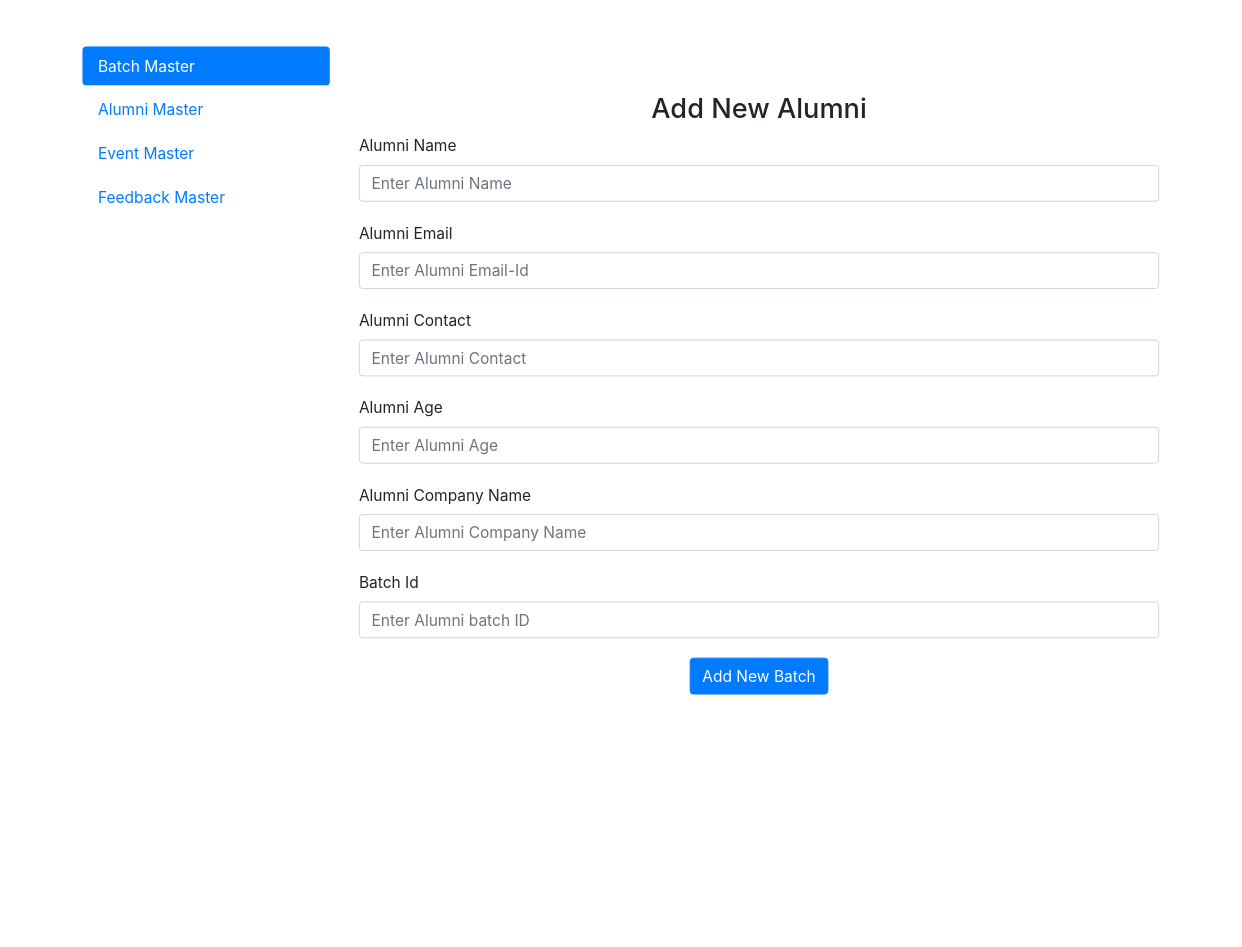
Repository: Shreyash1107/Web_Projects
Page: http://localhost/AlumnieventmanagementApplication/AddAlumni.jsp
These files come from the project's save history. The page is drawn as it stood at one moment and after the next save; the edit follows.
The browser window is 1280 px wide. The pictures show the whole page, at 97% of full size.
The page is served by Tomcat 9. Nobody is signed in. The application's start-up code is not run.

Above is the page before, as saved 2024-07-28 09:39:57.

After the next save:
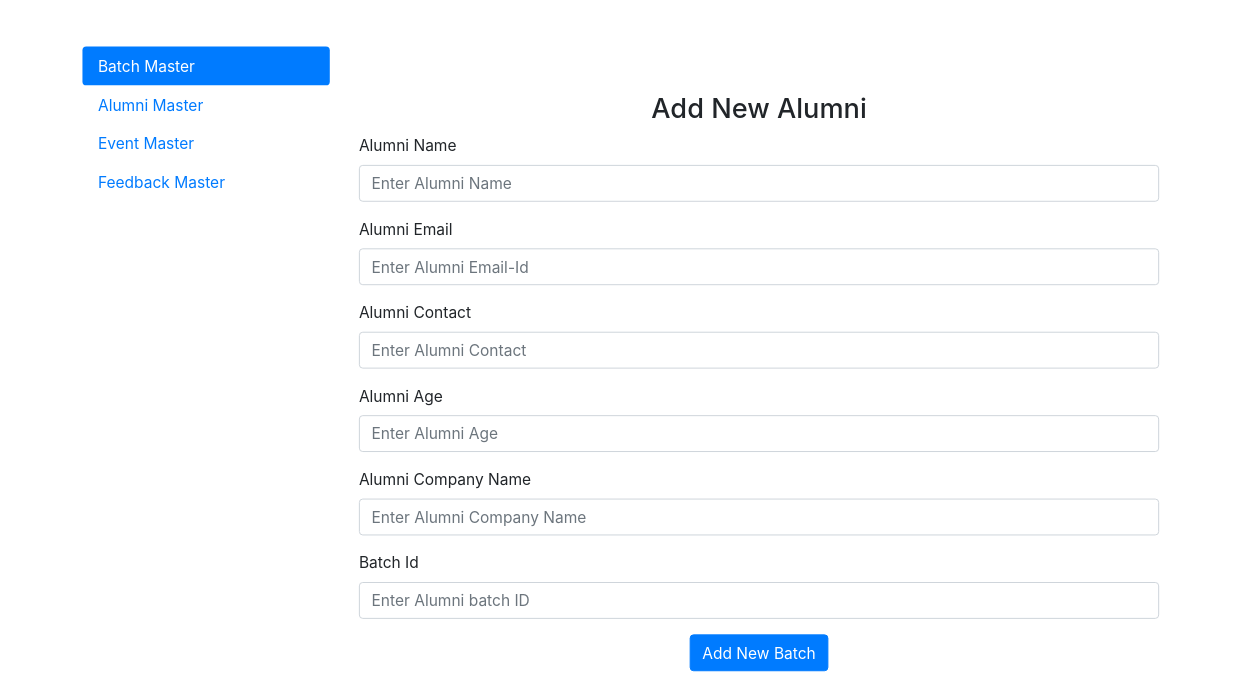
Saved 22 s later.
--- a/AlumnieventmanagementApplication/src/main/webapp/AddAlumni.jsp
+++ b/AlumnieventmanagementApplication/src/main/webapp/AddAlumni.jsp
@@ -9,17 +9,6 @@
 	href="https://cdn.jsdelivr.net/npm/bootstrap@4.0.0/dist/css/bootstrap.min.css"
 	integrity="sha384-Gn5384xqQ1aoWXA+058RXPxPg6fy4IWvTNh0E263XmFcJlSAwiGgFAW/dAiS6JXm"
 	crossorigin="anonymous">
-	<style>
-	.form-container {
-		padding-bottom: 15em;
-	}
-	.form-group {
-		margin-bottom: 20px;
-	}
-	.nav-link {
-		margin-bottom: 5px;
-	}
-	</style>
 </head>
 <body>
 	<div class="container mt-5">
